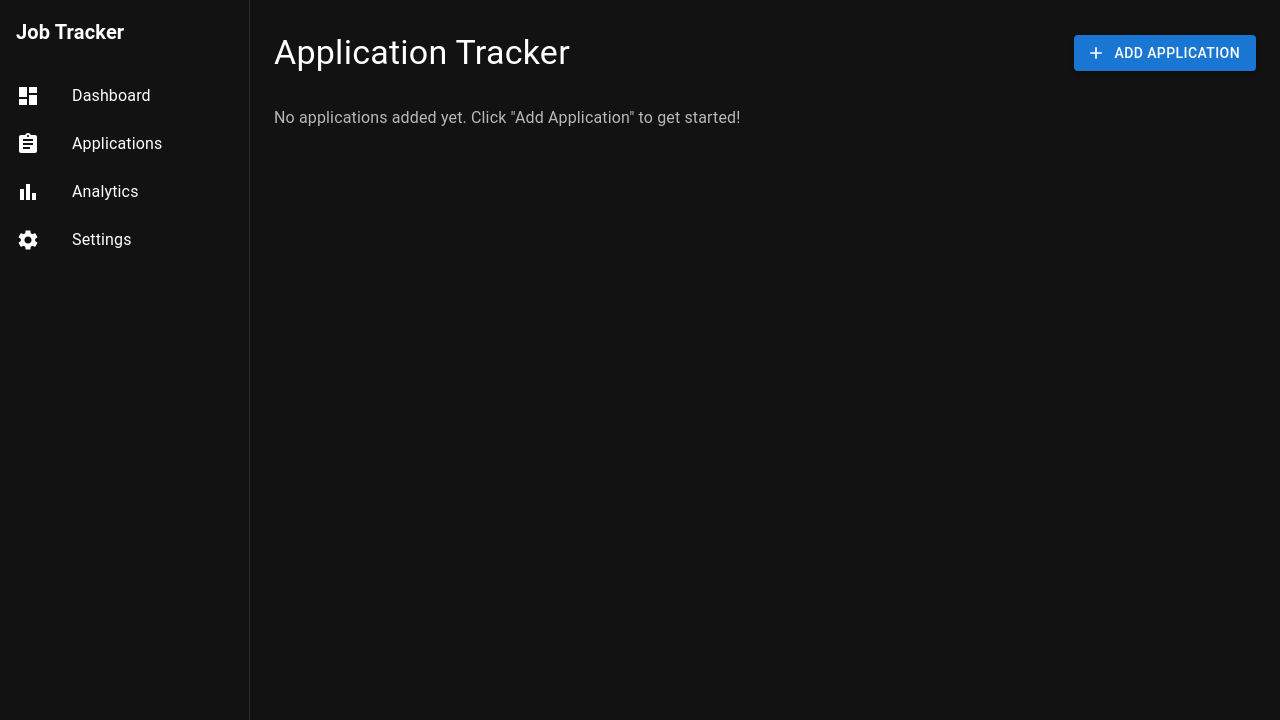
Repository: Poorna-Chandra-D/Smart-Job-Application-Tracker
Page: /applications (app in frontend/)
These files come from the project's save history. The page is drawn as it stood at one moment and after the next save; the edit follows.
The browser window is 1280 px wide. The pictures show the whole page.
The page's requests for data from a server got no answer. The project was rebuilt for these pictures with package versions that can differ from the ones it lists, and the page was loaded fresh each time. No one was signed in, and anything a server would have sent is missing. Also part of the build but not shown: frontend/src/pages/Dashboard.tsx, frontend/src/pages/Analytics.tsx, frontend/src/pages/Settings.tsx.

Above is the page before, as saved 2026-01-03 23:05:22.

After the next save:
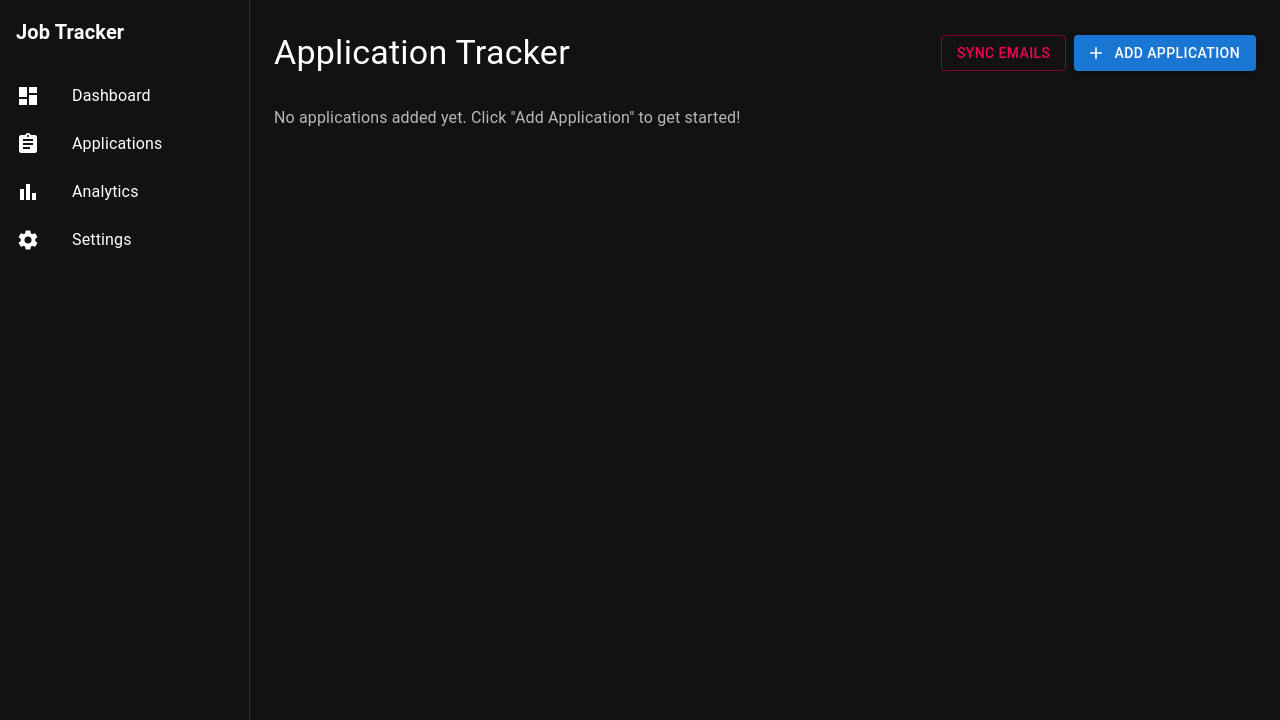
Saved 65 s later.
--- a/frontend/src/pages/ApplicationTracker.tsx
+++ b/frontend/src/pages/ApplicationTracker.tsx
@@ -19,7 +19,7 @@ import {
   Chip
 } from '@mui/material';
 import { Add as AddIcon } from '@mui/icons-material';
-import { applicationService } from '../services/api';
+import { applicationService, emailService } from '../services/api';
 
 interface Application {
   id: number;
@@ -34,6 +34,7 @@ const ApplicationTracker: React.FC = () => {
   const [openDialog, setOpenDialog] = useState(false);
   const [editingId, setEditingId] = useState<number | null>(null);
   const [applications, setApplications] = useState<Application[]>([]);
+  const [syncing, setSyncing] = useState(false);
   const [formData, setFormData] = useState({
     companyName: '',
     jobTitle: '',
@@ -58,6 +59,20 @@ const ApplicationTracker: React.FC = () => {
   const handleAddApplication = () => {
     setEditingId(null);
     setOpenDialog(true);
+  };
+
+  const handleSyncEmails = async () => {
+    try {
+      setSyncing(true);
+      await emailService.syncEmails();
+      await fetchApplications();
+      alert('Email sync completed');
+    } catch (error: any) {
+      console.error('Failed to sync emails:', error);
+      alert(`Sync failed: ${error.response?.data?.error || error.message}`);
+    } finally {
+      setSyncing(false);
+    }
   };
 
   const handleEditApplication = (app: Application) => {
@@ -158,15 +173,25 @@ const ApplicationTracker: React.FC = () => {
 
   return (
     <Box>
-      <Box sx={{ display: 'flex', justifyContent: 'space-between', alignItems: 'center', mb: 4 }}>
+      <Box sx={{ display: 'flex', justifyContent: 'space-between', alignItems: 'center', mb: 4, gap: 2, flexWrap: 'wrap' }}>
         <Typography variant="h4">Application Tracker</Typography>
-        <Button
-          variant="contained"
-          startIcon={<AddIcon />}
-          onClick={handleAddApplication}
-        >
-          Add Application
-        </Button>
+        <Box sx={{ display: 'flex', gap: 1, flexWrap: 'wrap' }}>
+          <Button
+            variant="outlined"
+            color="secondary"
+            onClick={handleSyncEmails}
+            disabled={syncing}
+          >
+            {syncing ? 'Syncing...' : 'Sync Emails'}
+          </Button>
+          <Button
+            variant="contained"
+            startIcon={<AddIcon />}
+            onClick={handleAddApplication}
+          >
+            Add Application
+          </Button>
+        </Box>
       </Box>
 
       {applications.length === 0 ? (
